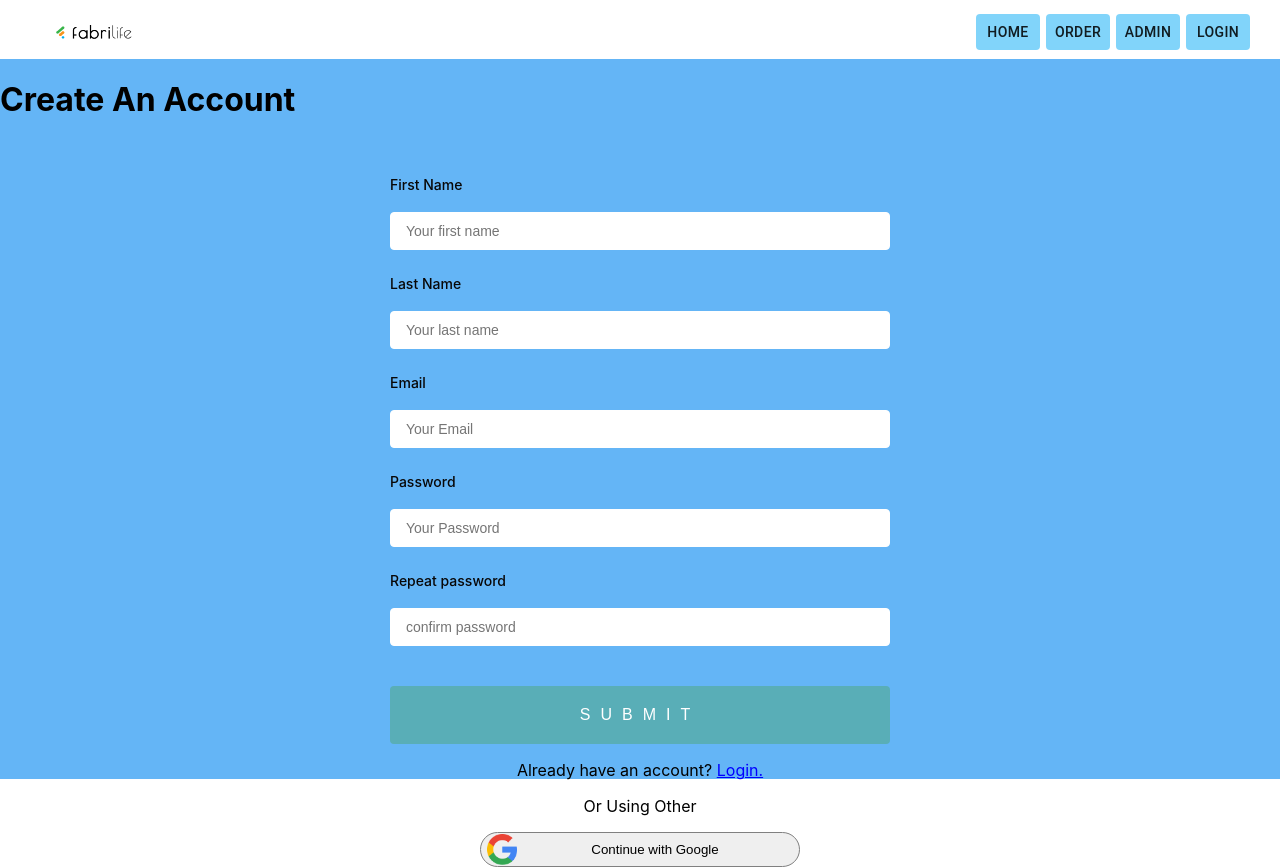
Repository: arif286/fabrilife-E-commerce-client-site
Page: /login
The author's editor kept a copy of each file at every save. The page is drawn from the files as they stood at one save, then again after the next save.
The browser window is 1280 px wide. The pictures show the whole page.
The project was rebuilt for these pictures with package versions that can differ from the ones it lists, and the page was loaded fresh each time. Also part of the build but not shown: src/components/Admin/Admin.css, src/components/Admin/AddEvent/AddEvent.css, src/components/Admin/AddEvent/AddEvent.js, src/components/Admin/ProductManage/ProductManage.js, src/components/Admin/Sidebar/Sidebar.css, src/components/Admin/Sidebar/Sidebar.js, src/components/Admin/Admin.js, src/components/CheckOut/CheckOut.css and 13 more.

Above is the page before, as saved 2021-04-01 03:24:54.

After the next save:
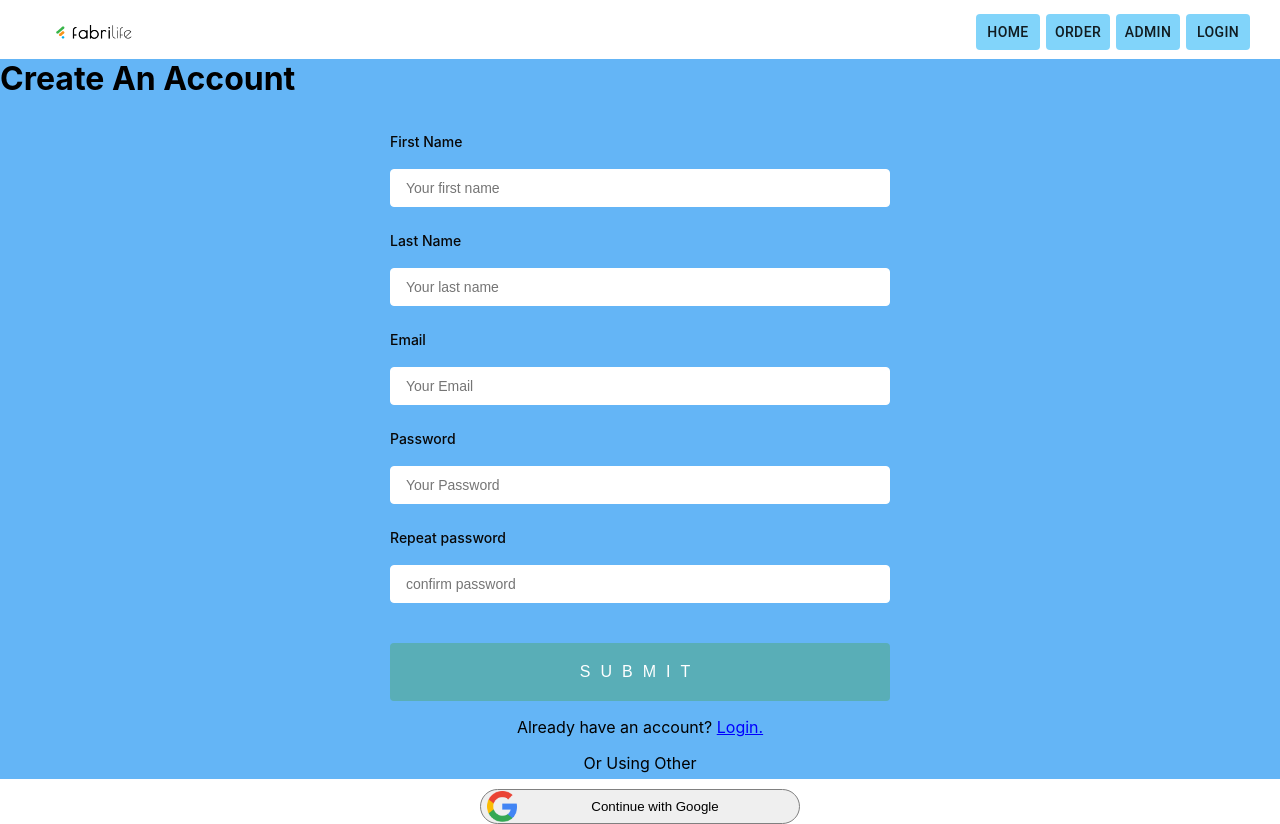
Saved 18 s later.
--- a/src/components/Login/Login.css
+++ b/src/components/Login/Login.css
@@ -6,7 +6,7 @@
 .form-header {
   /* font-weight: 100; */
   display: inline-block;
-  text-align: center;
+  margin: auto;
   padding-bottom: 10px;
 }
 
